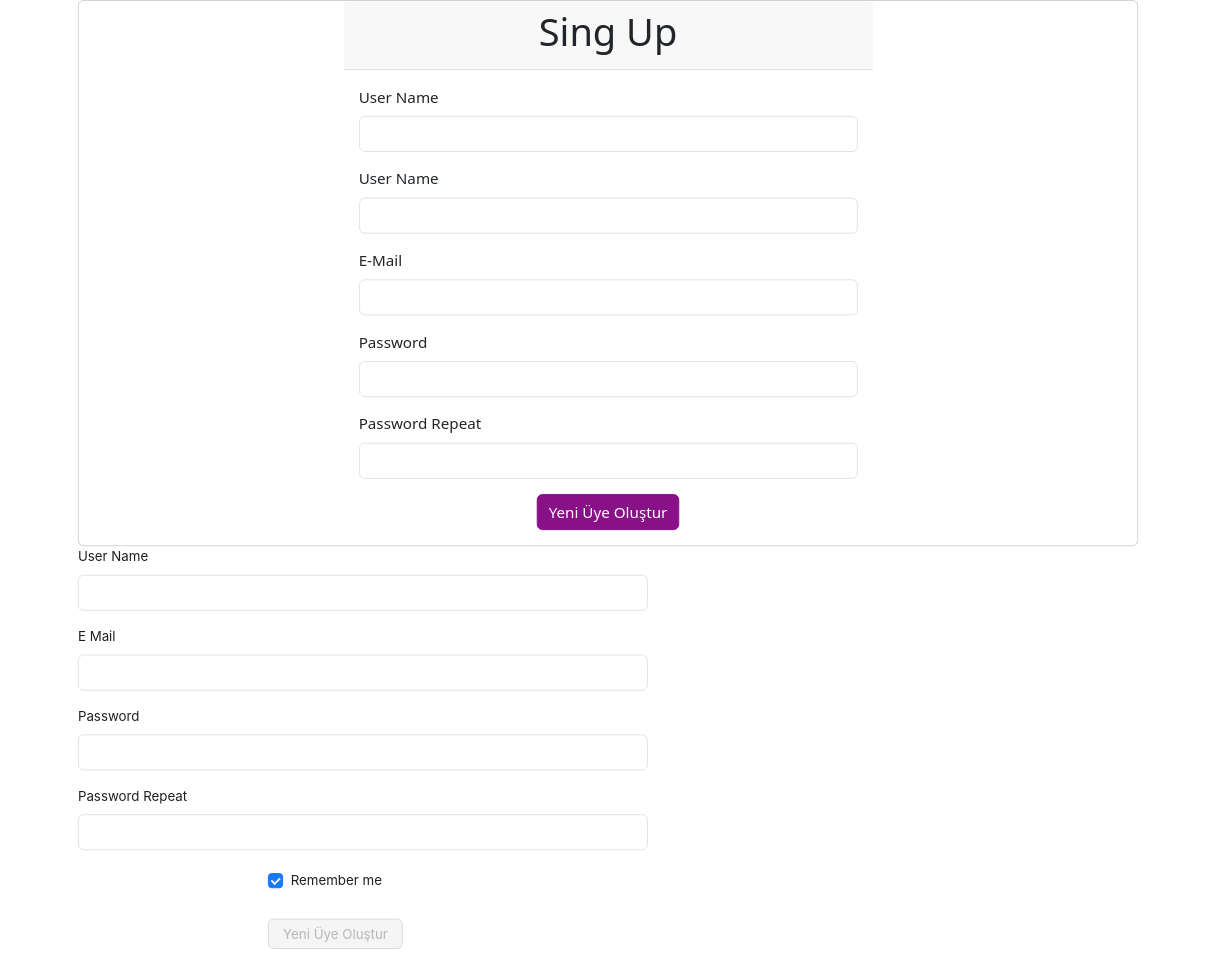
Repository: gursoyfahrettin20/startupProjectWeb
Page: /
An editor plug-in stored every save of this project. The page is shown before and after the next save, followed by the edit.
The browser window is 1280 px wide. The pictures show the whole page, at 95% of full size.
The project was rebuilt for these pictures with package versions that can differ from the ones it lists, and the page was loaded fresh each time. Also part of the build but not shown: vite.config.js.

Above is the page before, as saved 2024-01-17 00:33:41.

### index.html
<!doctype html>
<html lang="en">
  <head>
    <meta charset="UTF-8" />
    <link rel="icon" type="image/svg+xml" href="/vite.svg" />
    <meta name="viewport" content="width=device-width, initial-scale=1.0" />
    <title>Başlangıç Projesi</title>
  </head>
  <body>
    <div id="root"></div>
    <script type="module" src="/src/index.jsx"></script>
  </body>
</html>

### src/index.jsx
import * as React from 'react';
import { StrictMode } from 'react';
import { createRoot } from 'react-dom/client';
import SignUp from "./pages/SignUp"
import './index.scss'

const rootElement = document.getElementById('root');
const root = createRoot(rootElement);

root.render(
  <StrictMode>
    <SignUp/>
  </StrictMode>,
)

### src/pages/SignUp/index.jsx
import React, { useState, useEffect } from 'react';
import _ from 'lodash';
import { Button, Checkbox, Form, Spin, notification } from 'antd';
import { LoadingOutlined } from '@ant-design/icons';
import { singUp } from "../../api/apiCalls.js";
import { FormItem } from "../../components/formItem/formItem.jsx";

function index() {
    const [form] = Form.useForm();
    const [username, setUsername] = useState();
    const [email, setEmail] = useState();
    const [password, setPassword] = useState();
    const [passwordRepeat, setPasswordRepeat] = useState();
    const [succesMessage, setSuccesMessage] = useState();
    const [submittable, setSubmittable] = useState(false);
    const [apiProgress, setApiProgress] = useState(false);
    const [errors, setErrors] = useState({});
    const [generalErrors, setGeneralErrors] = useState({});
    const [api, contextHolder] = notification.useNotification();

    useEffect(() => {
        setErrors({})
    }, [username])

    const onSubmit = async (event) => {
        event.preventDefault();
        setSuccesMessage();
        setGeneralErrors();
        setApiProgress(true);
        const data = {
            username: username,
            email: email,
            password: password
        };
        try {
            const response = await singUp(data);
            setSuccesMessage(response.data?.message)
            setUsername();
            setPassword();
            setPasswordRepeat();
            setEmail();
        } catch (responseError) {
            if (responseError.response?.data && responseError.response?.data.status === 400) {
                setErrors(responseError.response?.data.validationErrors)
            }
            else {
                setGeneralErrors("Tahmin Edilemeyen Hatalarda gösterilecektir. / Unexpected error occured. Pleace try again.");
            }
        } finally {
            setApiProgress(false);
        }
    }

    const values = Form.useWatch([], form);
    // TODO: Sign Up butonu disabled durumlarına bakıyor.
    useEffect(() => {
        let _submittable = false;
        if (_.isUndefined(password) || _.isNull(password) || _.isEmpty(password)) {
            _submittable = false;
        } else if (password === passwordRepeat) {
            _submittable = true;
        }
        setSubmittable(_submittable);
    }, [values]);


    return (
        <div className='container'>
            <form className='card' onSubmit={onSubmit}>
                <div className='col-lg-6 offset-lg-3 col-sm-8 offset-sm-2'>
                    <div className='text-center card-header'>
                        <h1>Sing Up</h1>
                    </div>
                    <div className='card-body'>
                        <FormItem
                            name="username"
                            label="User Name"
                            onChange={(e) => setUsername(e.target.value)}
                            errors={errors.username}
                        />
                        <div className='mb-3'>
                            <label className='form-label' htmlFor='username'> User Name </label>
                            <input id="username" className={errors.username ? 'form-control is-invalid' : 'form-control'} type="text" onChange={(event) => setUsername(event.target.value)} />
                        </div>
                        <div className='mb-3'>
                            <label className='form-label' htmlFor='email'> E-Mail </label>
                            <input id="email" className='form-control' type="text" onChange={(event) => setEmail(event.target.value)} />
                        </div>
                        <div className='mb-3'>
                            <label className='form-label' htmlFor='password'> Password </label>
                            <input id="password" className='form-control' type="password" />
                        </div>
                        <div className='mb-3'>
                            <label className='form-label' htmlFor='passwordRepeat'> Password Repeat </label>
                            <input id="passwordRepeat" className='form-control' type="password" />
                        </div>
                        <div className='text-center'>
                            <button className='btn btn-primary'>{apiProgress ? "Yeni Üye Oluşturuluyor..." : "Yeni Üye Oluştur"}</button>
                        </div>
                    </div>
                </div>
            </form >

            <Form
                name="signUp"
                form={form}
                labelCol={{ span: 8, }}
                wrapperCol={{ span: 16 }}
                style={{ maxWidth: 600, }}
                initialValues={{ remember: true, }}
                onFinish={onSubmit}
                autoComplete="off">
                <FormItem
                    id="username"
                    name="username"
                    label="User Name"
                    autoComplete='false'
                    isPassword={false}
                    db_message={!_.isEmpty(errors) ? errors.username : ""}
                    message={'Please input your username!'}
                    onChange={(e) => setUsername(e.target.value)}
                />
                <FormItem
                    id="email"
                    name="email"
                    label="E Mail"
                    autoComplete='false'
                    isPassword={false}
                    db_message={!_.isEmpty(errors) ? errors.email : ""}
                    message={'Please input your email!'}
                    onChange={(e) => setEmail(e.target.value)}
                />
                <FormItem
                    id="password"
                    name="password"
                    label="Password"
                    isPassword={true}
                    autoComplete='false'
                    db_message={!_.isEmpty(errors) ? errors.password : ""}
                    message={'Please input your username!'}
                    onChange={(e) => setPassword(e.target.value)}
                />
                <FormItem
                    id="passwordRepeat"
                    name="passwordRepeat"
                    label="Password Repeat"
                    isPassword={true}
                    autoComplete='false'
                    message='Please input your password Repeat!'
                    onChange={(e) => setPasswordRepeat(e.target.value)}
                />
                <Form.Item
                    name="remember"
                    valuePropName="checked"
                    wrapperCol={{ offset: 8, span: 16, }}
                >
                    <Checkbox>Remember me</Checkbox>
                </Form.Item>

                <Form.Item wrapperCol={{ offset: 8, span: 16, }}>
                    <Button type="primary" htmlType="submit" disabled={apiProgress ? apiProgress : !submittable}>
                        <Spin style={{ display: apiProgress ? "inline" : "none" }}
                            indicator={<LoadingOutlined style={{ fontSize: 24, marginRight: 15 }} spin />} />
                        {apiProgress ? "Yeni Üye Oluşturuluyor..." : "Yeni Üye Oluştur"}
                    </Button>
                </Form.Item>
                {/* todo: notification çıkartmak konulmuştur */}
                {contextHolder}
            </Form>
        </div >
    );
}
export default index;

### src/index.scss
$primary: #818;

@import "../node_modules/bootstrap/scss/bootstrap.scss";

### src/api/apiCalls.js
import axios from "axios";

export const changeLanguage = lang => {
    axios.defaults.headers['accept-language'] = lang;
}

export const getBaseUrl = () => {
     return import.meta.env.VITE_REACT_APP_REST_SERVICE_URL;
}

export const saveUser = body => {
    return axios.post(getBaseUrl() + '/users', body);
}

export const singUp = body => {
    return axios.post(getBaseUrl() + '/users', body);
}

export const login = data => {
    return axios.post(getBaseUrl() + '/auth', {}, {auth: data});
}

export const getUsers = (page, size) => {
    return axios.get(getBaseUrl() + `/users?currentPage=${page ? page : 0}&pageSize=${size ? size : 3}`);
}

export const setAuthorizationHeader = ({username, password, isLoggedIn}) => {
    if (isLoggedIn) {
        let authorizationHeaderValue = `Basic ${btoa(username + ':' + password)}`
        axios.defaults.headers['Authorization'] = authorizationHeaderValue;
    } else {
        delete axios.defaults.headers['Authorization'];
    }
}

export const getUser = (userName) => {
    return axios.get(getBaseUrl() + `/users/${userName}`);
}

export const updateUser = (userName, body) => {
    return axios.put(getBaseUrl() + `/users/${userName}`, body);
}

export const postHoax = hoax => {
    return axios.post(getBaseUrl() + "/hoaxes", hoax);
}

export const getHoaxes = (userName, page = 0) => {
    const path = userName ? `/users/${userName}/hoaxes?currentPage=` : "/hoaxes?currentPage="
    return axios.get(getBaseUrl() + path + page);
}

export const getOldHoaxes = (id, userName) => {
    const path = userName ? `/users/${userName}/hoaxes/${id}` : `/hoaxes/${id}`;
    return axios.get(getBaseUrl() + path);
}

### src/components/formItem/formItem.jsx
import React, { useEffect, useState } from 'react';
import { Form, Input } from 'antd';

export function FormItem({ name, label, autoComplete, onChange, errors, type }) {
    const [msg, setNsg] = useState()

    return (
        <div className='mb-3'>
            <label className='form-label' htmlFor={name}> {label} </label>
            <input id={name} autoComplete={autoComplete ? autoComplete : false} className={errors ? 'form-control is-invalid' : 'form-control'} type={type ? type : "text"} onChange={onChange} />
        </div>
    );
}

export default FormItem;

After the next save:
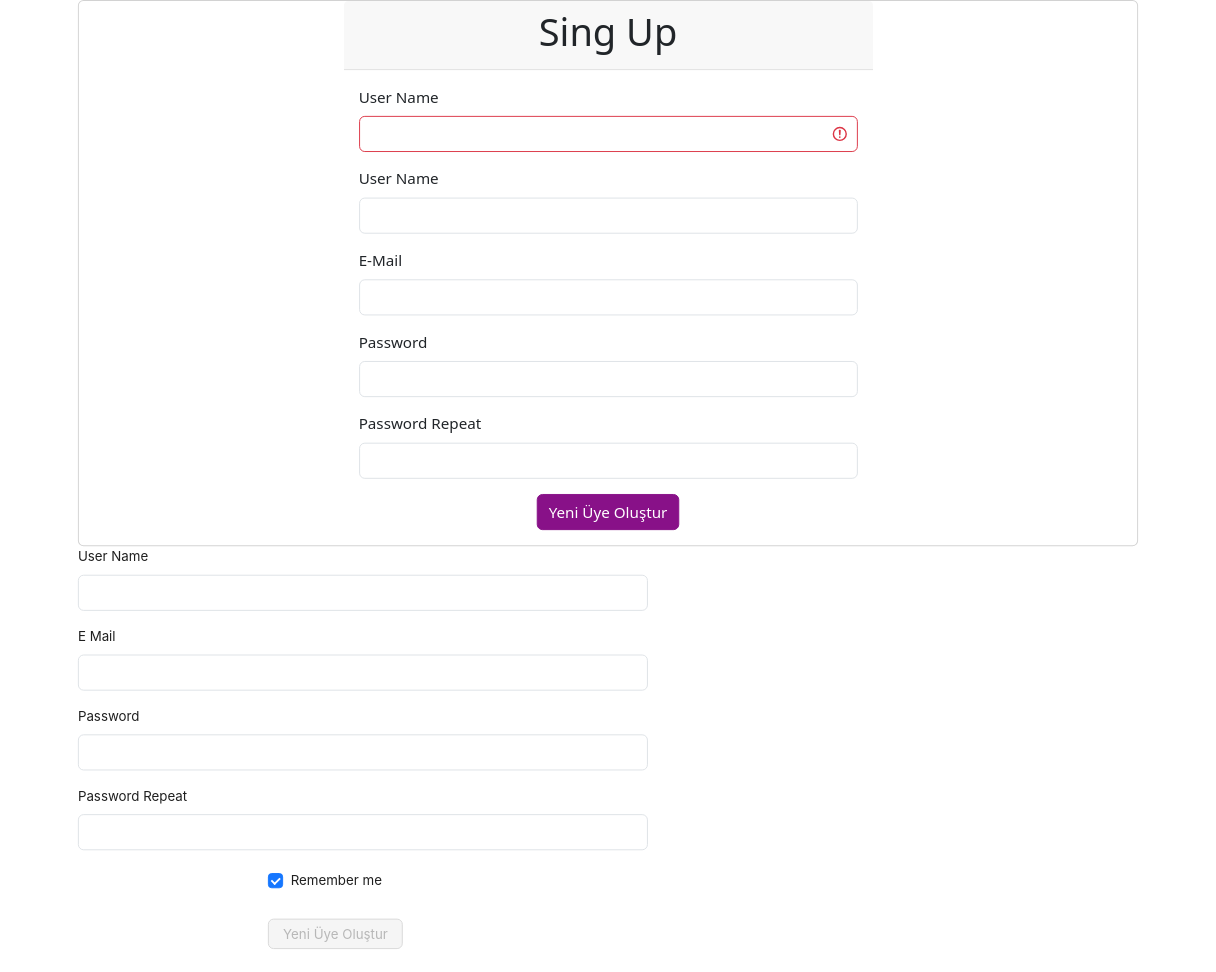
Saved 26 s later.
--- a/src/pages/SignUp/index.jsx
+++ b/src/pages/SignUp/index.jsx
@@ -76,7 +76,7 @@ function index() {
                             name="username"
                             label="User Name"
                             onChange={(e) => setUsername(e.target.value)}
-                            errors={errors.username}
+                            errors={errors}
                         />
                         <div className='mb-3'>
                             <label className='form-label' htmlFor='username'> User Name </label>
